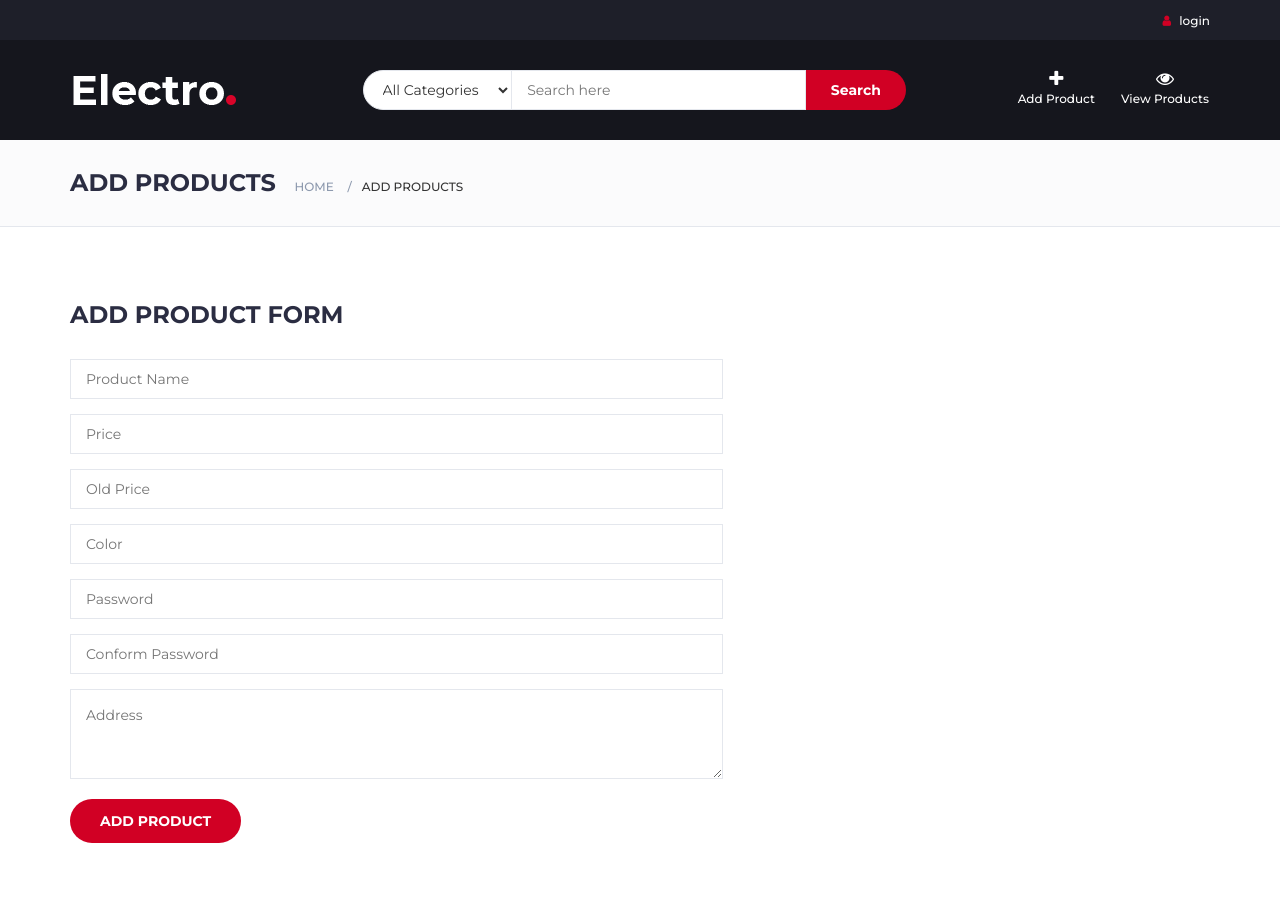
Repository: kinjalsavaliya263/JAVA
Page: http://localhost/electro-master/addproduct.jsp
These files come from the project's save history. The page is drawn as it stood at one moment and after the next save; the edit follows.
The browser window is 1280 px wide. The pictures show the whole page.
The page is served by Tomcat 9. Other server files are loaded and not shown. The template is opened directly, without the code that normally fills it, so the values that code supplies are empty.

Above is the page before, as saved 2023-04-04 13:41:35.

### electro-master/src/main/webapp/addproduct.jsp
<%@ page language="java" contentType="text/html; charset=UTF-8"
	pageEncoding="UTF-8"%>
	<%@ include file="sellerheader.jsp" %>
<!DOCTYPE html>
<html>
<head>
<meta charset="UTF-8">
<title>Electro -Ecommerce</title>

</head>
<body>
	<!-- BREADCRUMB -->
	<div id="breadcrumb" class="section">
		<!-- container -->
		<div class="container">
			<!-- row -->
			<div class="row">
				<div class="col-md-12">
					<h3 class="breadcrumb-header">Add Products</h3>
					<ul class="breadcrumb-tree">
						<li><a href="#">Home</a></li>
						<li class="active">Add Products</li>
					</ul>
				</div>
			</div>
			<!-- /row -->
		</div>
		<!-- /container -->
	</div>
	<!-- /BREADCRUMB -->

<!-- SECTION -->
	<div class="section">
		<!-- container -->
		<div class="container">
			<!-- row -->
			<div class="row">

				<div class="col-md-7">
					<!-- Add Product -->
					<form action="reg" method="post">
						<div class="billing-details">
							<span class="text-danger">${msg}</span> <span
								class="text-success">${msg1}</span>
							<div class="section-title">
								<h3 class="title">Add Product Form</h3>
							</div>


							<div class="form-group">
								<input class="input" type="text" name="pname"
									placeholder="Product Name" id="pname">
							</div>
							<div class="form-group">
								<input class="input" type="number" name="price"
									placeholder="Price" id="price">
							</div>
							<div class="form-group">
								<input class="input" type="number" name="oldprice"
									placeholder="Old Price" id="oldprice">
							</div>
							<div class="form-group">
								<input class="input" type="text" name="color"
									placeholder="Color" id="color">
							</div>
							<div class="form-group">
								<input class="input" type="password" name="pass"
									placeholder="Password" id="pass">
							</div>
							<div class="form-group">
								<input class="input" type="password" name="cpass"
									placeholder="Conform Password" id="cpass">
							</div>
							<div class="form-group">
							<textarea cols="3" class="input"  name="address"
									placeholder="Address"></textarea>
							</div>

							<div class="form-group">
								<button type="submit" class="primary-btn order-submit">Add Product</button>
							</div>

						</div>
					</form>
					<!-- /Add Product -->



				</div>


			</div>
			<!-- /row -->
		</div>
		<!-- /container -->
	</div>
	<!-- /SECTION -->



</body>
</html>

### electro-master/src/main/webapp/sellerheader.jsp

<%@page import="model.User"%>
<%@ page language="java" contentType="text/html; charset=UTF-8"
	pageEncoding="UTF-8"%>
<!DOCTYPE html>
<html>
<head>
<meta charset="UTF-8">
<title>Electro -Ecommerce</title>
<link
	href="https://fonts.googleapis.com/css?family=Montserrat:400,500,700"
	rel="stylesheet">

<!-- Bootstrap -->
<link type="text/css" rel="stylesheet" href="css/bootstrap.min.css" />

<!-- Slick -->
<link type="text/css" rel="stylesheet" href="css/slick.css" />
<link type="text/css" rel="stylesheet" href="css/slick-theme.css" />

<!-- nouislider -->
<link type="text/css" rel="stylesheet" href="css/nouislider.min.css" />

<!-- Font Awesome Icon -->
<link rel="stylesheet" href="css/font-awesome.min.css">

<!-- Custom stlylesheet -->
<link type="text/css" rel="stylesheet" href="css/style.css" />

<!-- HTML5 shim and Respond.js for IE8 support of HTML5 elements and media queries -->
<!-- WARNING: Respond.js doesn't work if you view the page via file:// -->
<!--[if lt IE 9]>
		  <script src="https://oss.maxcdn.com/html5shiv/3.7.3/html5shiv.min.js"></script>
		  <script src="https://oss.maxcdn.com/respond/1.4.2/respond.min.js"></script>
		<![endif]-->
</head>
<body>
	<!-- HEADER -->
	<header>
		<!-- TOP HEADER -->
		<div id="top-header">
			<div class="container">

				<%
				/* String email = (String) session.getAttribute("email"); */
				User us = (User) request.getAttribute("use");
				%>



				<ul class="header-links pull-left">

				</ul>
				<ul class="header-links pull-right">




					<%
					if (us != null) {
					%>

					<li><a href="myprofile?email=<%=us.getEmail()%>"><i
							class="fa fa-user"></i>My Profile</a></li>
					<li><a href="changepass.jsp?email=<%=us.getEmail()%>"><i
							class="fa fa-key"></i>Change Password</a></li>
					<li style="color: white;"><b>Welcome <%=us.getFname()%> <%=us.getLname()%></b></li>
					<li><a href="logout.jsp"><i class="fa fa-user"></i>Logout</a></li>
					<%
					} else {
					%>

					<li><a href="login.jsp"><i class="fa fa-user"></i> login</a></li>
					<%
					}
					%>


				</ul>
			</div>
		</div>
		<!-- /TOP HEADER -->

		<!-- MAIN HEADER -->
		<div id="header">
			<!-- container -->
			<div class="container">
				<!-- row -->
				<div class="row">
					<!-- LOGO -->
					<div class="col-md-3">
						<div class="header-logo">
							<a href="#" class="logo"> <img src="./img/logo.png" alt="">
							</a>
						</div>
					</div>
					<!-- /LOGO -->

					<!-- SEARCH BAR -->
					<div class="col-md-6">
						<div class="header-search">
							<form>
								<select class="input-select">
									<option value="0">All Categories</option>
									<option value="1">Category 01</option>
									<option value="1">Category 02</option>
								</select> <input class="input" placeholder="Search here">
								<button class="search-btn">Search</button>
							</form>
						</div>
					</div>
					<!-- /SEARCH BAR -->

					<!-- ACCOUNT -->
					<div class="col-md-3 clearfix">
						<div class="header-ctn">
							<!-- Add Product -->
							<div>
								<a href="addproduct.jsp"> <i class="fa fa-plus"></i> <span>Add
										Product</span>
								</a>
							</div>
							<!-- /Add Product -->

							<!-- View Product -->
							<div >
								<a href="viewproduct.jsp"> <i class="fa fa-eye"></i> <span>View
										Products</span>
								</a>

							</div>
							<!-- /View Product -->


						</div>
					</div>
					<!-- /ACCOUNT -->
				</div>
				<!-- row -->
			</div>
			<!-- container -->
		</div>
		<!-- /MAIN HEADER -->
	</header>
	<!-- /HEADER -->


</body>
</html>

Loaded but not shown: electro-master/src/main/webapp/css/bootstrap.min.css (library); electro-master/src/main/webapp/css/slick.css (common file); electro-master/src/main/webapp/css/slick-theme.css (library); electro-master/src/main/webapp/css/nouislider.min.css (library); electro-master/src/main/webapp/css/font-awesome.min.css (library); electro-master/src/main/webapp/css/style.css (2191 lines, source omitted)

After the next save:
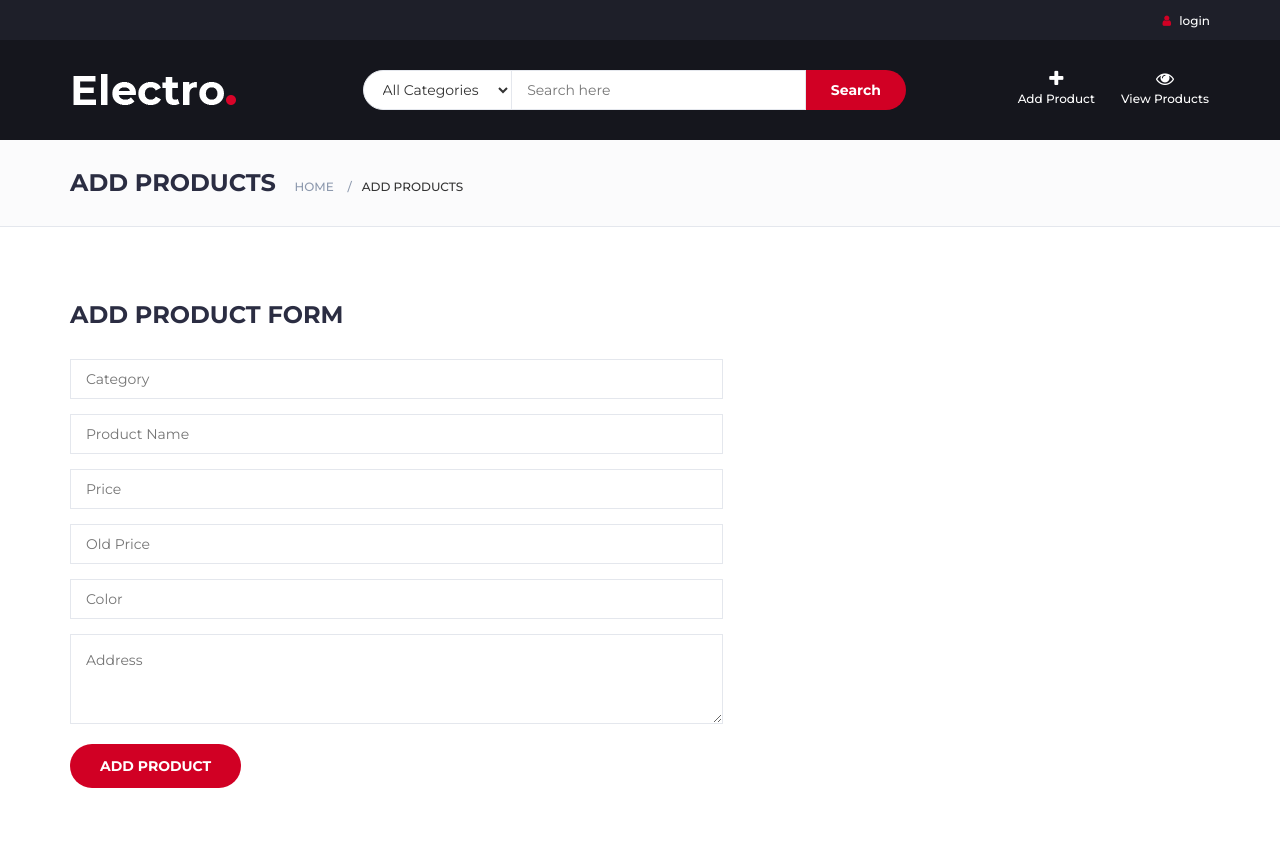
Saved 48 s later.
--- a/electro-master/src/main/webapp/addproduct.jsp
+++ b/electro-master/src/main/webapp/addproduct.jsp
@@ -48,6 +48,10 @@
 
 
 							<div class="form-group">
+								<input class="input" type="text" name="category"
+									placeholder="Category" id="category">
+							</div>
+							<div class="form-group">
 								<input class="input" type="text" name="pname"
 									placeholder="Product Name" id="pname">
 							</div>
@@ -63,14 +67,7 @@
 								<input class="input" type="text" name="color"
 									placeholder="Color" id="color">
 							</div>
-							<div class="form-group">
-								<input class="input" type="password" name="pass"
-									placeholder="Password" id="pass">
-							</div>
-							<div class="form-group">
-								<input class="input" type="password" name="cpass"
-									placeholder="Conform Password" id="cpass">
-							</div>
+
 							<div class="form-group">
 							<textarea cols="3" class="input"  name="address"
 									placeholder="Address"></textarea>
